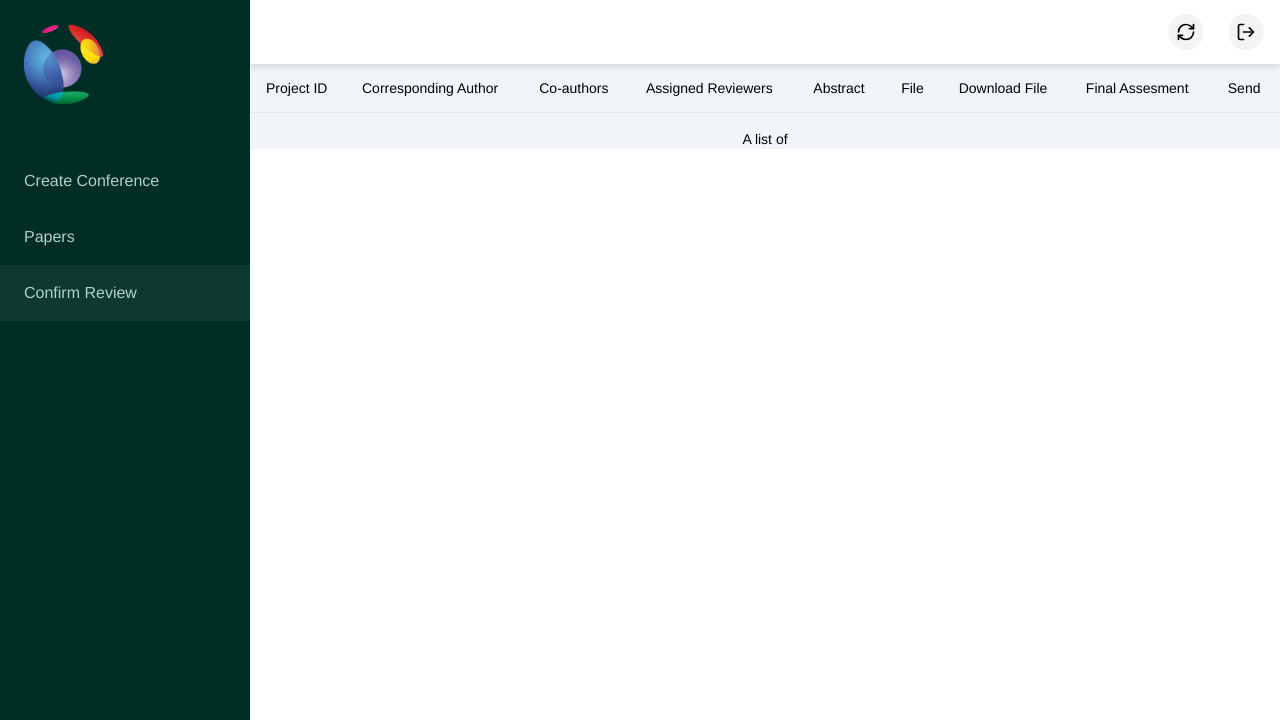
Repository: KelvinCelso/Conference-Management-System
Page: /admin-dashboard/confirm-review
An editor plug-in stored every save of this project. The page is shown before and after the next save, followed by the edit.
The browser window is 1280 px wide. The pictures show the whole page.
The page's requests for data from a server got no answer. The project was rebuilt for these pictures with package versions that can differ from the ones it lists, and the page was loaded fresh each time. No one was signed in, and anything a server would have sent is missing. Also part of the build but not shown: vite.config.ts, src/styles/components/default/Footer/index.styled.tsx, src/styles/components/default/Footer/FooterDesktop.styled.tsx, src/components/default/Footer/FooterDesktop.tsx, src/components/default/Footer/FooterMobile.tsx, src/data/components/default/Footer/FooterLinks.tsx, src/assets/images/InstagramSVG.tsx, src/components/default/Footer/index.tsx and 95 more. Imported but missing from the stored project, and not drawn on this page: src/components/ui/command.

Above is the page before, as saved 2024-04-20 20:29:09.

After the next save:
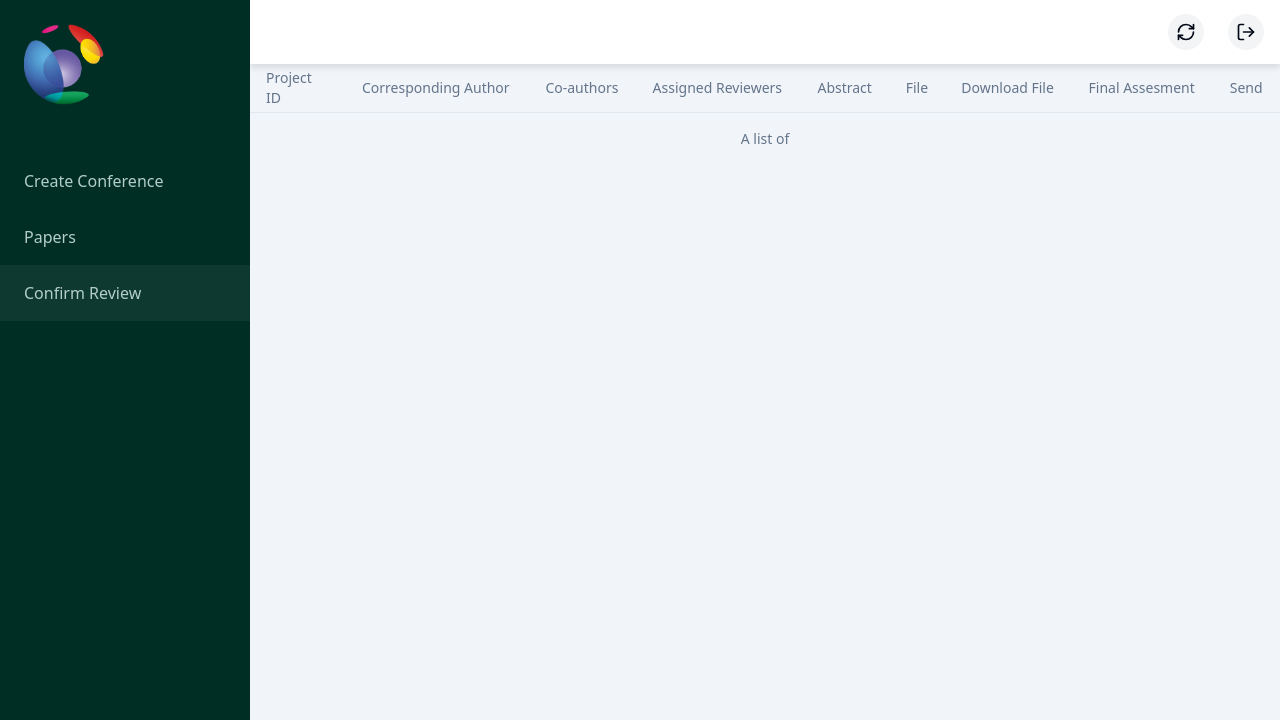
Saved 3 min 4 s later.
--- a/src/index.css
+++ b/src/index.css
@@ -1,13 +1,95 @@
-@import url("https://fonts.googleapis.com/css2?family=Inter:wght@400;600;700&display=swap");
 @tailwind base;
 @tailwind components;
 @tailwind utilities;
-* {
-  margin: 0;
-  padding: 0;
-  box-sizing: border-box;
+
+@layer base {
+  :root {
+    --background: 0 0% 100%;
+    --foreground: 222.2 84% 4.9%;
+
+    --card: 0 0% 100%;
+    --card-foreground: 222.2 84% 4.9%;
+
+    --popover: 0 0% 100%;
+    --popover-foreground: 222.2 84% 4.9%;
+
+    --primary: 222.2 47.4% 11.2%;
+    --primary-foreground: 210 40% 98%;
+
+    --secondary: 210 40% 96.1%;
+    --secondary-foreground: 222.2 47.4% 11.2%;
+
+    --muted: 210 40% 96.1%;
+    --muted-foreground: 215.4 16.3% 46.9%;
+
+    --accent: 210 40% 96.1%;
+    --accent-foreground: 222.2 47.4% 11.2%;
+
+    --destructive: 0 84.2% 60.2%;
+    --destructive-foreground: 210 40% 98%;
+
+    --border: 214.3 31.8% 91.4%;
+    --input: 214.3 31.8% 91.4%;
+    --ring: 222.2 84% 4.9%;
+
+    --radius: 0.5rem;
+  }
+
+  .dark {
+    --background: 222.2 84% 4.9%;
+    --foreground: 210 40% 98%;
+
+    --card: 222.2 84% 4.9%;
+    --card-foreground: 210 40% 98%;
+
+    --popover: 222.2 84% 4.9%;
+    --popover-foreground: 210 40% 98%;
+
+    --primary: 210 40% 98%;
+    --primary-foreground: 222.2 47.4% 11.2%;
+
+    --secondary: 217.2 32.6% 17.5%;
+    --secondary-foreground: 210 40% 98%;
+
+    --muted: 217.2 32.6% 17.5%;
+    --muted-foreground: 215 20.2% 65.1%;
+
+    --accent: 217.2 32.6% 17.5%;
+    --accent-foreground: 210 40% 98%;
+
+    --destructive: 0 62.8% 30.6%;
+    --destructive-foreground: 210 40% 98%;
+
+    --border: 217.2 32.6% 17.5%;
+    --input: 217.2 32.6% 17.5%;
+    --ring: 212.7 26.8% 83.9%;
+  }
 }
-:root {
-  /* font-family: 'Inter', sans-serif; */
-  font-family: "Helvetica";
+
+body {
+  background-color: #f1f5f9;
+  .hidescroll {
+    ::-webkit-scrollbar {
+      width: 0;
+      background: transparent;
+    }
+
+    /* Optional: Style the track and handle for WebKit */
+    ::-webkit-scrollbar-track {
+      background: transparent;
+    }
+
+    ::-webkit-scrollbar-thumb {
+      background-color: transparent;
+    }
+  }
 }
+
+@layer base {
+  * {
+    @apply border-border;
+  }
+  body {
+    @apply bg-background text-foreground;
+  }
+}
